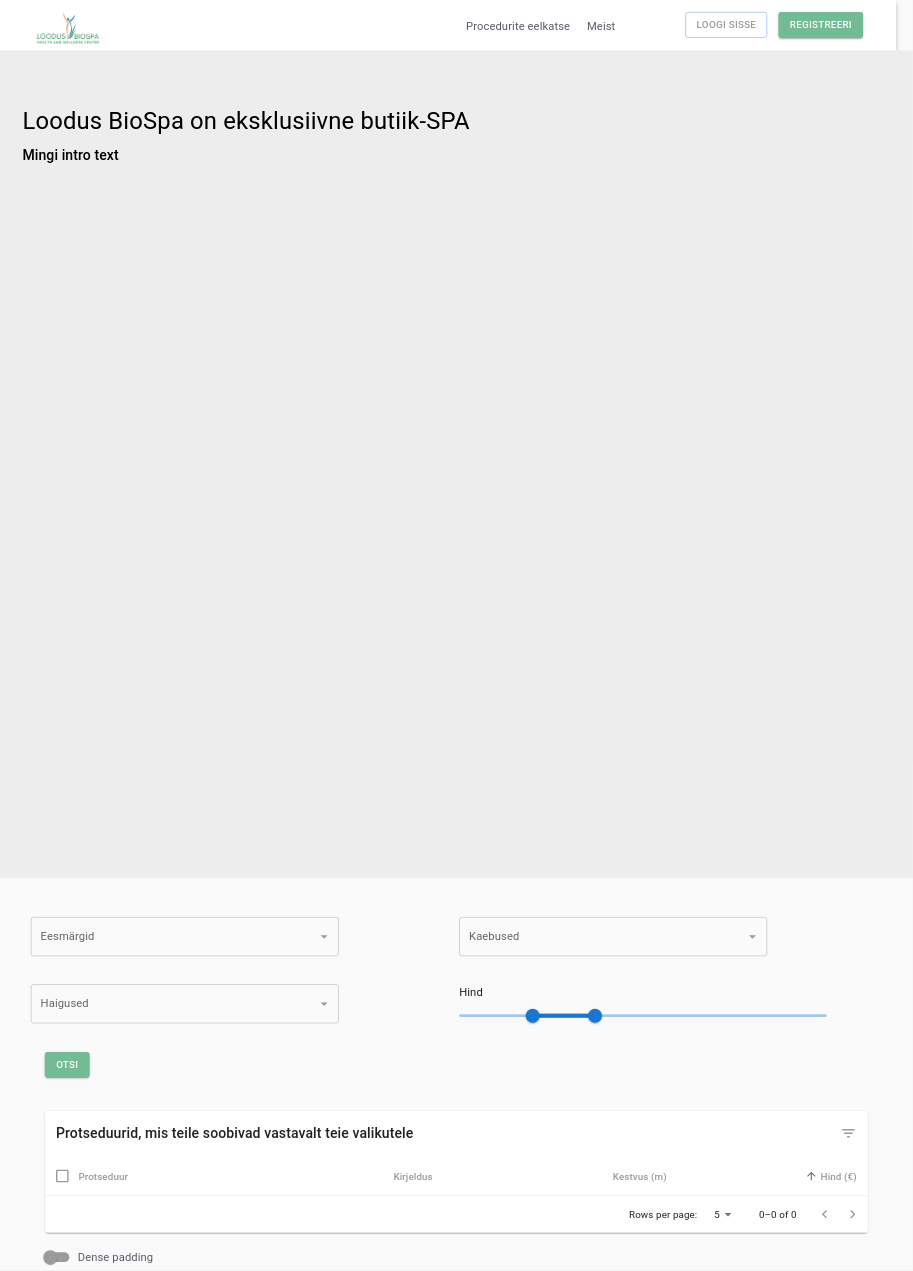
Repository: danieltrut/biospa
Page: / (app in frontend/)
An editor plug-in stored every save of this project. The page is shown before and after the next save, followed by the edit.
The browser window is 1280 px wide. The page is 1304 px wide, so the pictures cover 1304 px, including what lies to the right of the window. The pictures show the whole page, at 70% of full size.
The page's requests for data from a server got no answer. The project was rebuilt for these pictures with package versions that can differ from the ones it lists, and the page was loaded fresh each time. No one was signed in, and anything a server would have sent is missing. Also part of the build but not shown: frontend/src/Components/Header/Drawer.js, frontend/src/Pages/About.js.

Above is the page before, as saved 2022-04-19 13:28:24.

After the next save:
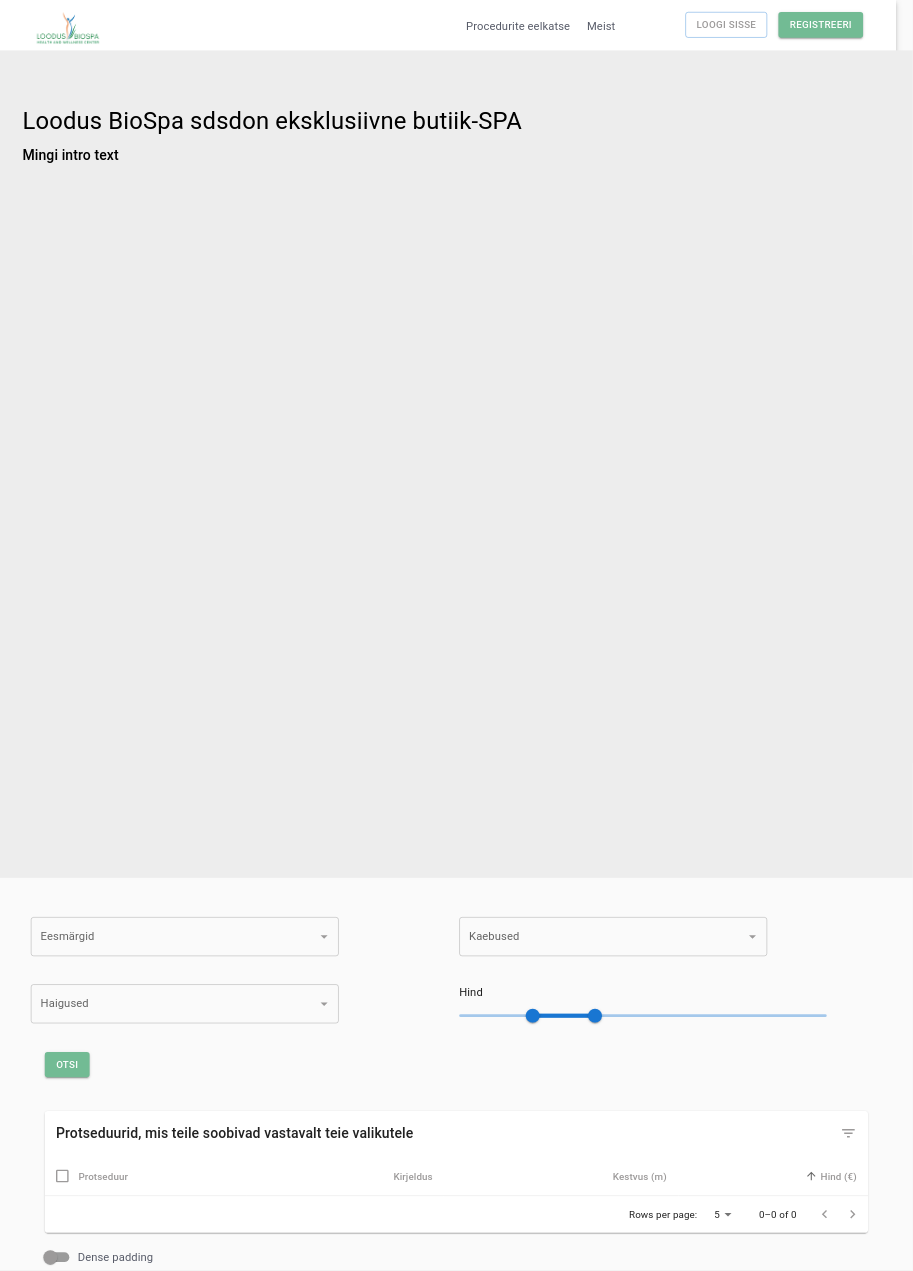
Saved 28 s later.
--- a/frontend/src/Pages/Procedures.js
+++ b/frontend/src/Pages/Procedures.js
@@ -98,7 +98,7 @@
           {/* HEADER */}
           <div style={{ height: "1022px" }}>
             <Typography variant="h4" component="div" gutterBottom>
-              Loodus BioSpa on eksklusiivne butiik-SPA
+              Loodus BioSpa sdsdon eksklusiivne butiik-SPA
             </Typography>
             {/* INTRO TEXT */}
             <Typography variant="h6" component="div" gutterBottom>
